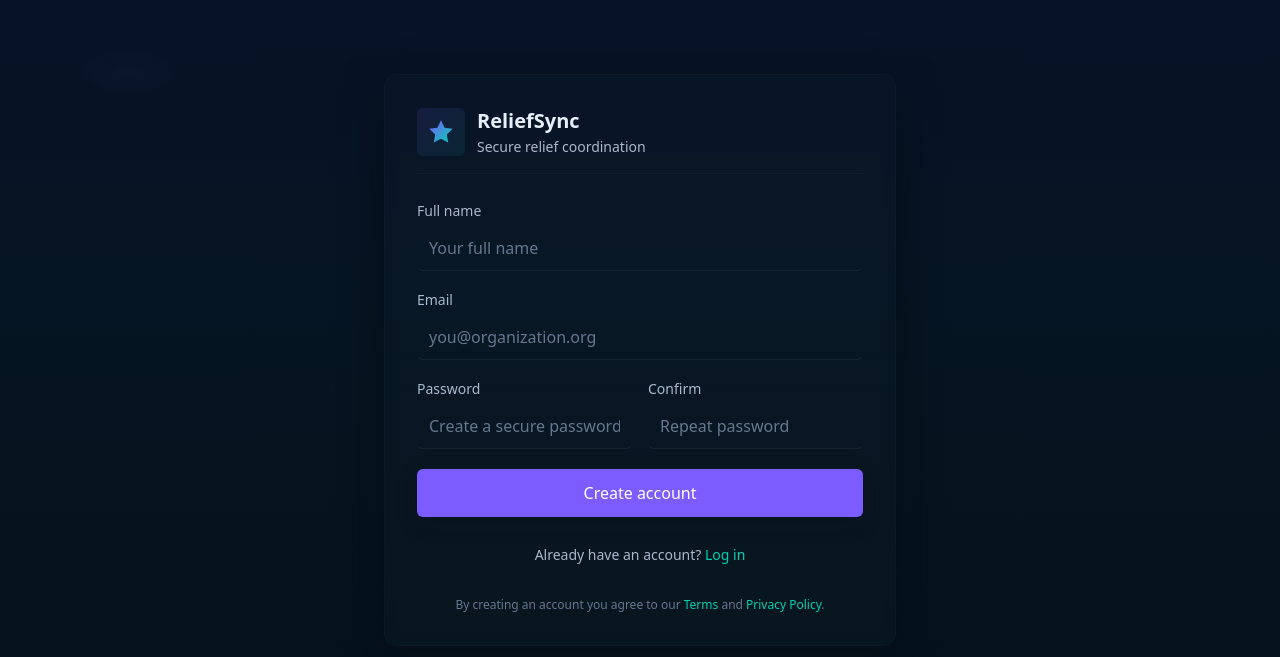
Repository: Gazal1116/Reliefsync
Page: / (app in Frontend/)
The author's editor kept a copy of each file at every save. The page is drawn from the files as they stood at one save, then again after the next save.
The browser window is 1280 px wide. The pictures show the whole page.
The project was rebuilt for these pictures with package versions that can differ from the ones it lists, and the page was loaded fresh each time. Also part of the build but not shown: Frontend/vite.config.js.

Above is the page before, as saved 2026-03-02 22:16:18.

After the next save:
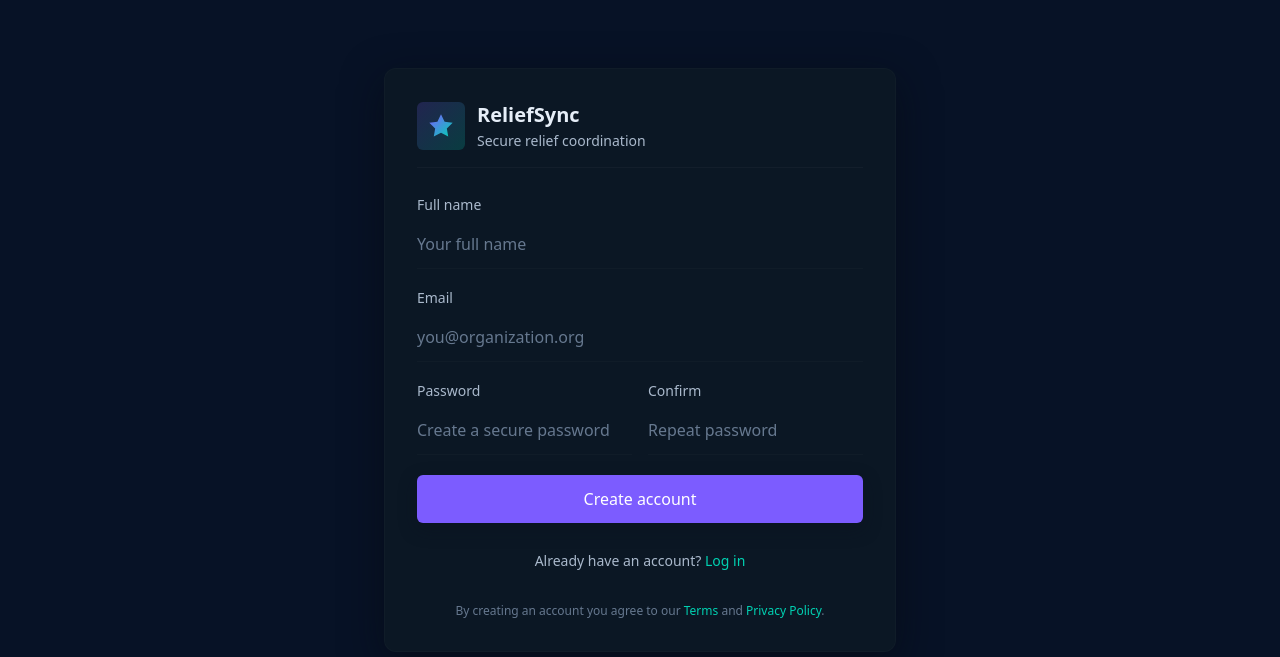
Saved 2 min 3 s later.
--- a/Frontend/src/components/register.jsx
+++ b/Frontend/src/components/register.jsx
@@ -32,11 +32,11 @@ export default function Register() {
 	};
 
 	return (
-		<main className="min-h-screen flex items-center justify-center px-4 py-12">
-			<section className="w-full max-w-lg card-surface rounded-xl p-8 shadow-2xl">
+		<main className="min-h-screen flex items-center justify-center px-4 py-12 bg-bg">
+			<section className="w-full max-w-lg bg-surface border border-border rounded-xl p-8 shadow-soft-dark">
 				{/* header with logo */}
 				<div className="flex items-center gap-3 mb-4">
-					<div className="flex items-center justify-center rounded-md" style={{ width: 48, height: 48, background: 'linear-gradient(135deg, rgba(124,92,255,0.12), rgba(0,209,178,0.08))' }}>
+					<div className="w-12 h-12 flex items-center justify-center rounded-md bg-gradient-to-br from-primary/20 to-accent/20">
 						<svg width="28" height="28" viewBox="0 0 24 24" fill="none" xmlns="http://www.w3.org/2000/svg" aria-hidden>
 							<path d="M12 2L15.09 8.26L22 9.27L17 14.14L18.18 21.02L12 17.77L5.82 21.02L7 14.14L2 9.27L8.91 8.26L12 2Z" fill="url(#g)" />
 							<defs>
@@ -48,8 +48,8 @@ export default function Register() {
 						</svg>
 					</div>
 					<div>
-						<h2 className="text-xl font-semibold" style={{ color: 'var(--text-high)' }}>ReliefSync</h2>
-						<p className="text-sm mt-0.5" style={{ color: 'var(--text-mid)' }}>Secure relief coordination</p>
+						<h2 className="text-xl font-semibold text-text-high">ReliefSync</h2>
+						<p className="text-sm mt-0.5 text-text-mid">Secure relief coordination</p>
 					</div>
 				</div>
 
@@ -58,21 +58,21 @@ export default function Register() {
 				<form className="mt-6" onSubmit={handleSubmit} noValidate>
 					<div className="grid gap-4">
 						<label className="block">
-							<span className="text-sm" style={{ color: 'var(--text-mid)' }}>Full name</span>
+							<span className="text-sm text-text-mid">Full name</span>
 							<input
 								name="name"
 								value={form.name}
 								onChange={handleChange}
 								placeholder="Your full name"
 								aria-label="Full name"
-								className="mt-1 w-full rounded-md focus:outline-none transition-shadow"
-								style={{ backgroundColor: 'transparent', borderBottom: '1px solid rgba(255,255,255,0.06)', color: 'var(--text-high)' }}
+								className="mt-1 w-full bg-transparent border-b border-border text-text-high py-3 px-0 focus:outline-none focus:border-primary"
 								required
 							/>
 						</label>
 
+
 						<label className="block">
-							<span className="text-sm" style={{ color: 'var(--text-mid)' }}>Email</span>
+							<span className="text-sm text-text-mid">Email</span>
 							<input
 								name="email"
 								type="email"
@@ -80,15 +80,14 @@ export default function Register() {
 								onChange={handleChange}
 								placeholder="you@organization.org"
 								aria-label="Email address"
-								className="mt-1 w-full rounded-md focus:outline-none transition-shadow"
-								style={{ backgroundColor: 'transparent', borderBottom: '1px solid rgba(255,255,255,0.06)', color: 'var(--text-high)' }}
+								className="mt-1 w-full bg-transparent border-b border-border text-text-high py-3 px-0 focus:outline-none focus:border-primary"
 								required
 							/>
 						</label>
 
 						<div className="grid grid-cols-1 md:grid-cols-2 gap-4">
 							<label className="block">
-								<span className="text-sm" style={{ color: 'var(--text-mid)' }}>Password</span>
+								<span className="text-sm text-text-mid">Password</span>
 								<input
 									name="password"
 									type="password"
@@ -96,14 +95,13 @@ export default function Register() {
 									onChange={handleChange}
 									placeholder="Create a secure password"
 									aria-label="Password"
-									className="mt-1 w-full rounded-md focus:outline-none transition-shadow"
-									style={{ backgroundColor: 'transparent', borderBottom: '1px solid rgba(255,255,255,0.06)', color: 'var(--text-high)' }}
+									className="mt-1 w-full bg-transparent border-b border-border text-text-high py-3 px-0 focus:outline-none focus:border-primary"
 									required
 								/>
 							</label>
 
 							<label className="block">
-								<span className="text-sm" style={{ color: 'var(--text-mid)' }}>Confirm</span>
+								<span className="text-sm text-text-mid">Confirm</span>
 								<input
 									name="confirm"
 									type="password"
@@ -111,8 +109,7 @@ export default function Register() {
 									onChange={handleChange}
 									placeholder="Repeat password"
 									aria-label="Confirm password"
-									className="mt-1 w-full rounded-md focus:outline-none transition-shadow"
-									style={{ backgroundColor: 'transparent', borderBottom: '1px solid rgba(255,255,255,0.06)', color: 'var(--text-high)' }}
+									className="mt-1 w-full bg-transparent border-b border-border text-text-high py-3 px-0 focus:outline-none focus:border-primary"
 									required
 								/>
 							</label>
